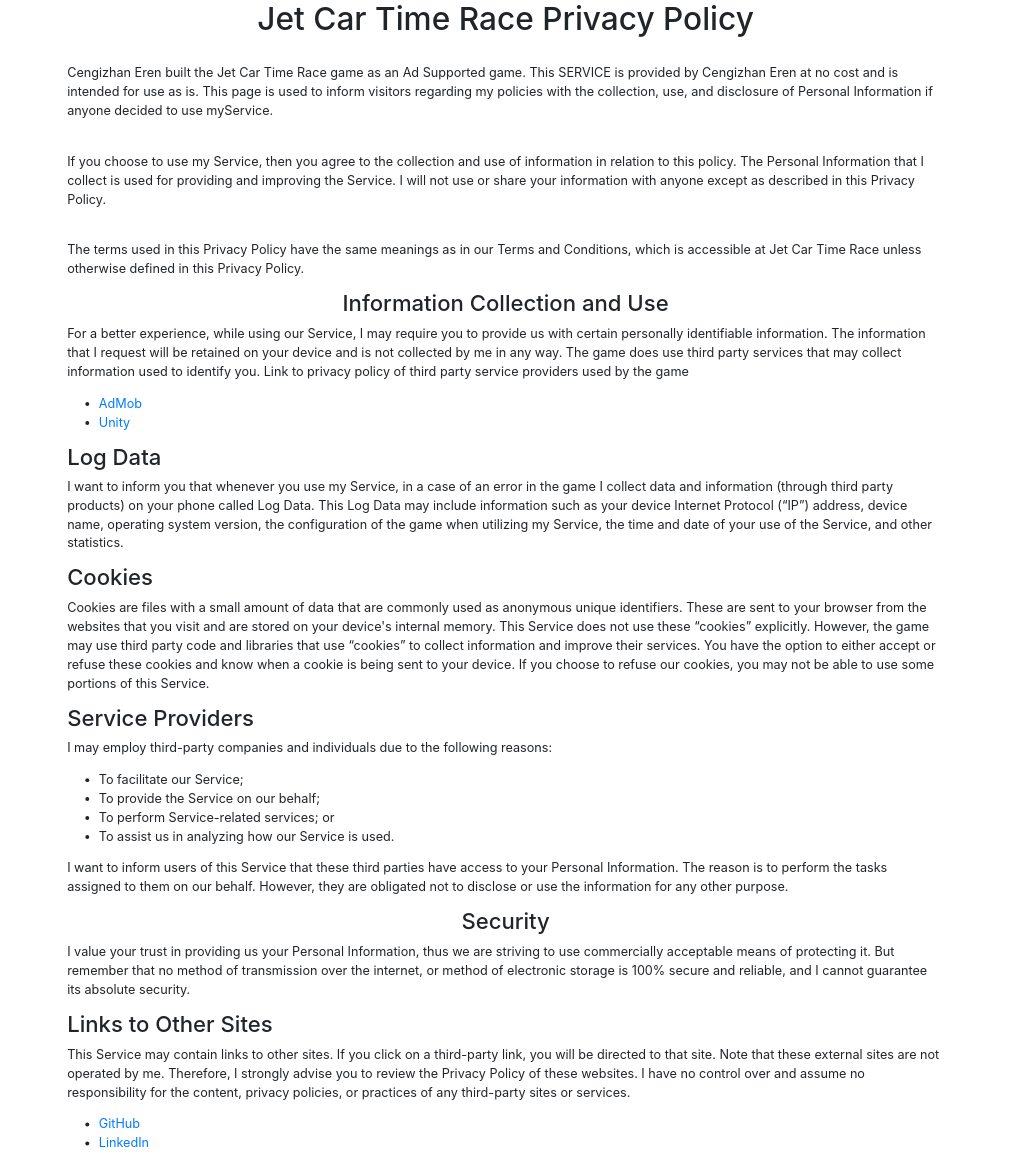
Repository: CengoCengo/cengocengo.github.io
Page: jetcartimeraceprivacypolicy.html
An editor plug-in stored every save of this project. The page is shown before and after the next save, followed by the edit.
The browser window is 1280 px wide. The pictures show the whole page, at 79% of full size.

Above is the page before, as saved 2022-10-11 14:48:38.

After the next save:
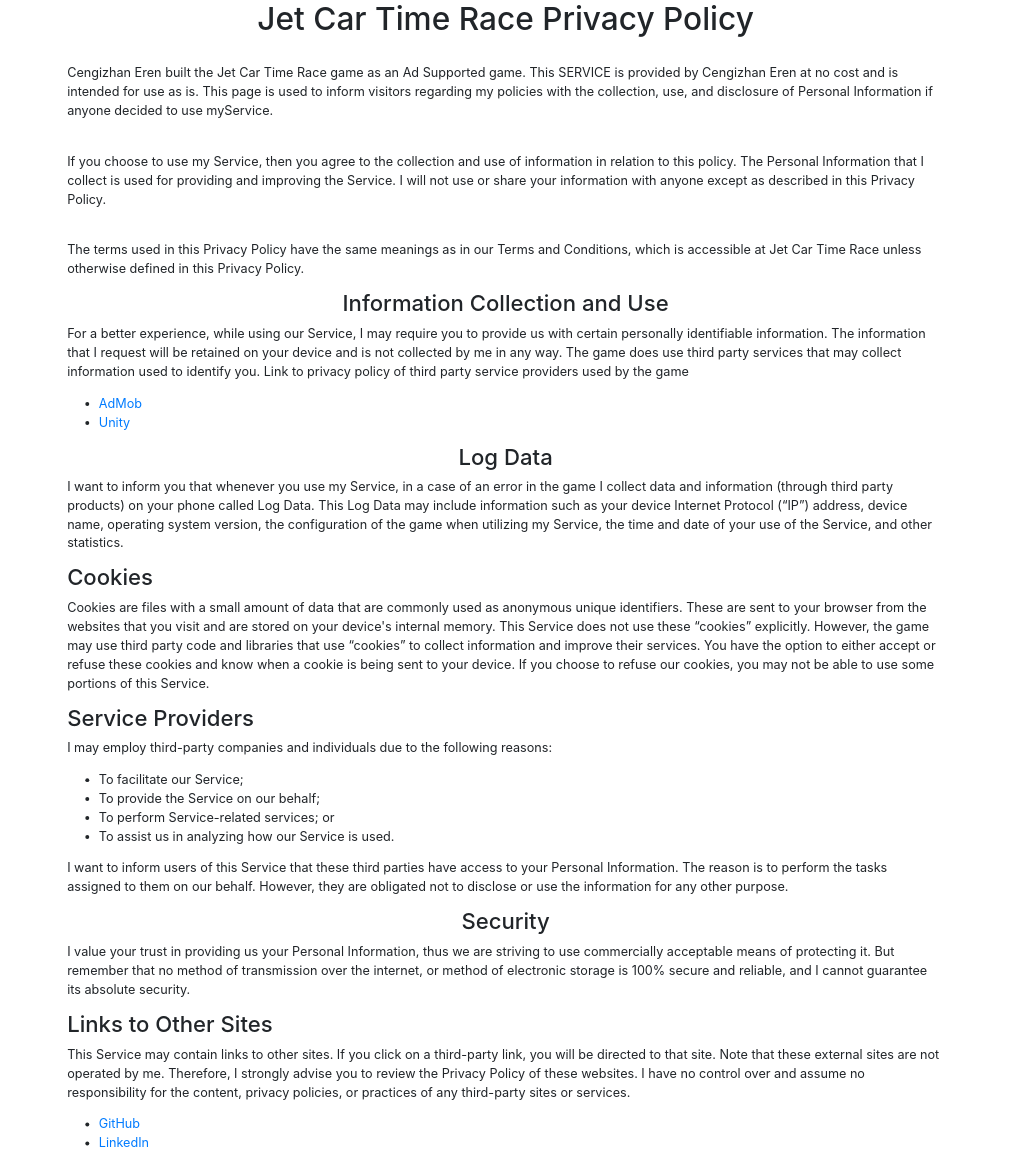
Saved 18 s later.
--- a/jetcartimeraceprivacypolicy.html
+++ b/jetcartimeraceprivacypolicy.html
@@ -59,7 +59,7 @@
 							<li><a href="https://unity.com/legal/privacy-policy" target="_blank" class="icon brands fa-linkedin"><span>Unity</span></a></li>
                         </ul>
 
-                        <h3>Log Data</h3>
+                        <h3 class="text-center">Log Data</h3>
                         <p>
                             I want to inform you that whenever you use my Service, in a case of an error in the game I collect data and information (through third party products)
 on your phone called Log Data. This Log Data may include information such as your device Internet Protocol (“IP”) address, device name, operating
